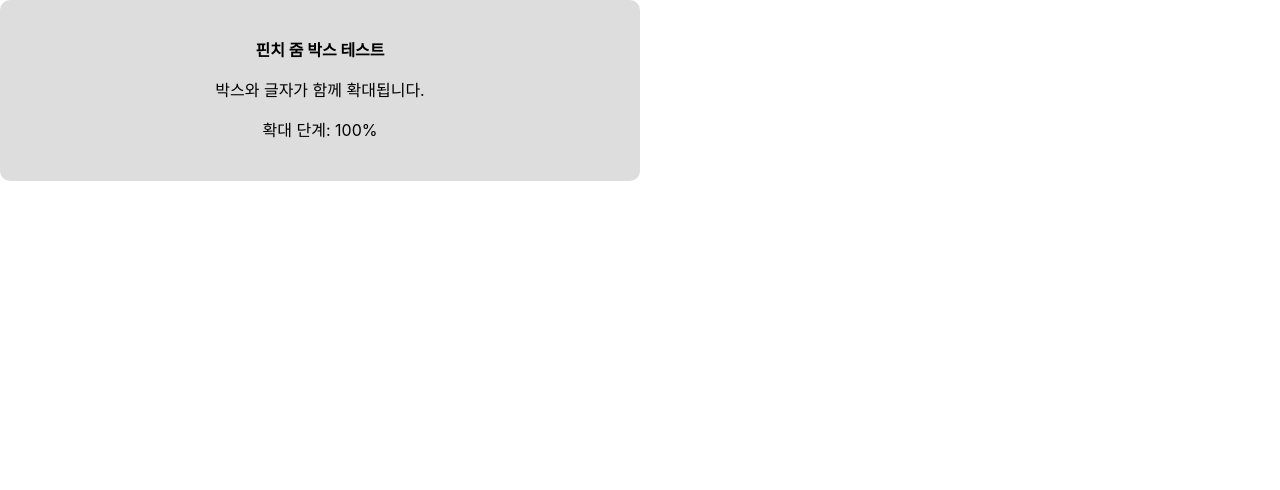
Repository: KIMMIHYE12/stadtklima
Page: /pinchzoom
These files come from the project's save history. The page is drawn as it stood at one moment and after the next save; the edit follows.
The browser window is 1280 px wide. The pictures show the whole page.
The project was rebuilt for these pictures with package versions that can differ from the ones it lists, and the page was loaded fresh each time. Also part of the build but not shown: src/pages/Pages.module.scss, src/pages/Home.jsx, src/components/Sanssouci/Navigation.jsx, src/pages/Sanssouci/Sanssouci.jsx, src/pages/Sanssouci/Sanssouci30.jsx, src/pages/Sanssouci/Sanssouci50.jsx, src/pages/Sanssouci/Sanssouci80.jsx, src/components/Sanssouci/NavHavel.jsx and 4 more.

Above is the page before, as saved 2025-03-19 00:36:39.

### public/index.html
<!DOCTYPE html>
<html lang="en">
  <head>
    <meta charset="utf-8" />
    <link rel="icon" href="%PUBLIC_URL%/favicon.ico" />
    <meta
      name="viewport"
      content="width=device-width, initial-scale=1.0, maximum-scale=1, user-scalable=no"
    />
    <meta name="theme-color" content="#000000" />
    <meta
      name="description"
      content="Web site created using create-react-app"
    />
    <link rel="apple-touch-icon" href="%PUBLIC_URL%/logo192.png" />
    <!--
      manifest.json provides metadata used when your web app is installed on agit init
      user's mobile device or desktop. See https://developers.google.com/web/fundamentals/web-app-manifest/
    -->
    <link rel="manifest" href="%PUBLIC_URL%/manifest.json" />
    <!--
      Notice the use of %PUBLIC_URL% in the tags above.
      It will be replaced with the URL of the `public` folder during the build.
      Only files inside the `public` folder can be referenced from the HTML.

      Unlike "/favicon.ico" or "favicon.ico", "%PUBLIC_URL%/favicon.ico" will
      work correctly both with client-side routing and a non-root public URL.
      Learn how to configure a non-root public URL by running `npm run build`.
    -->
    <title>React App</title>
  </head>
  <body>
    <noscript>You need to enable JavaScript to run this app.</noscript>
    <div id="root"></div>
    <!--
      This HTML file is a template.
      If you open it directly in the browser, you will see an empty page.

      You can add webfonts, meta tags, or analytics to this file.
      The build step will place the bundled scripts into the <body> tag.

      To begin the development, run `npm start` or `yarn start`.
      To create a production bundle, use `npm run build` or `yarn build`.
    -->
  </body>
</html>

### src/App.js
import { Route, Routes } from "react-router-dom";
import "./App.css";
import Home from "./pages/Home";
import Sanssouci from "./pages/Sanssouci/Sanssouci";
import Sanssouci30 from "./pages/Sanssouci/Sanssouci30";
import Sanssouci50 from "./pages/Sanssouci/Sanssouci50";
import Sanssouci80 from "./pages/Sanssouci/Sanssouci80";
import Havel from "./pages/Havel/Havel";
import Havel30 from "./pages/Havel/Havel30";
import Havel50 from "./pages/Havel/Havel50";
import Havel80 from "./pages/Havel/Havel80";
import Pinchzoom from "./pages/Pinchzoom";

function App() {
  return (
    <Routes>
      <Route path='/'>
        <Route index element={<Home />}></Route>
        <Route path='pinchzoom' element={<Pinchzoom />}></Route>
        <Route path='sanssouci'>
          <Route index element={<Sanssouci />}></Route>
          <Route path='30' element={<Sanssouci30 />}></Route>
          <Route path='50' element={<Sanssouci50 />}></Route>
          <Route path='80' element={<Sanssouci80 />}></Route>
        </Route>
        <Route path='havel'>
          <Route index element={<Havel />}></Route>
          <Route path='30' element={<Havel30 />}></Route>
          <Route path='50' element={<Havel50 />}></Route>
          <Route path='80' element={<Havel80 />}></Route>
        </Route>
      </Route>
    </Routes>
  );
}

export default App;

### src/App.css
html,
body {
  touch-action: manipulation; /* 터치 액션 제한 (줌 차단) */
  overflow: hidden; /* 가로 스크롤 방지 */
  max-width: 100vw;
}

### src/pages/Pinchzoom.jsx
import React, { useState, useEffect } from "react";

const Pinchzoom = () => {
  const [scale, setScale] = useState(1); // 기본 배율 (100%)
  const scaleSteps = [1, 2, 3, 4]; // 100%, 200%, 300%, 400% (배율 단계)

  useEffect(() => {
    let lastDistance = null;

    const handleTouchMove = (event) => {
      if (event.touches.length === 2) {
        event.preventDefault(); // 기본 핀치 줌 방지
        const touch1 = event.touches[0];
        const touch2 = event.touches[1];

        const currentDistance = Math.sqrt(
          Math.pow(touch2.clientX - touch1.clientX, 2) +
            Math.pow(touch2.clientY - touch1.clientY, 2)
        );

        if (lastDistance !== null) {
          const scaleFactor = currentDistance > lastDistance ? 1 : -1; // 확대 또는 축소 방향 결정

          // 현재 배율에서 한 단계 위/아래로 이동
          const currentIndex = scaleSteps.indexOf(scale);
          let newScale = scaleSteps[currentIndex + scaleFactor] || scale;

          setScale(newScale); // 단계별 확대/축소 적용
        }
        lastDistance = currentDistance;
      }
    };

    const handleTouchEnd = () => {
      lastDistance = null;
    };

    window.addEventListener("touchmove", handleTouchMove, { passive: false });
    window.addEventListener("touchend", handleTouchEnd);

    return () => {
      window.removeEventListener("touchmove", handleTouchMove);
      window.removeEventListener("touchend", handleTouchEnd);
    };
  }, [scale]);

  return (
    <div
      style={{
        width: `${scale * 50}vw`, // 배율에 맞춰 박스 크기 조정
        maxWidth: "100vw", // 화면을 넘지 않도록 제한
        height: "auto",
        padding: `${scale * 1.5}rem`, // 배율에 맞춰 패딩 조정
        backgroundColor: "#ddd",
        borderRadius: `${scale * 10}px`, // 둥근 모서리 유지
        textAlign: "center",
        transition: "all 0.2s ease", // 부드러운 애니메이션
        boxSizing: "border-box",
      }}
    >
      <h2
        style={{
          fontSize: `${scale * 16}px`, // 배율에 맞춰 글자 크기 조정
          transition: "font-size 0.2s ease",
          whiteSpace: "normal",
          wordBreak: "break-word",
        }}
      >
        핀치 줌 박스 테스트
      </h2>
      <p
        style={{
          fontSize: `${scale * 16}px`,
          transition: "font-size 0.2s ease",
          wordBreak: "break-word",
        }}
      >
        박스와 글자가 함께 확대됩니다.
      </p>
      <p
        style={{
          fontSize: `${scale * 16}px`,
          transition: "font-size 0.2s ease",
          wordBreak: "break-word",
        }}
      >
        확대 단계: {scale * 100}%
      </p>
    </div>
  );
};

export default Pinchzoom;

Loaded but not shown: src/index.js (common file); src/index.css (common file); src/reportWebVitals.js (common file)

After the next save:
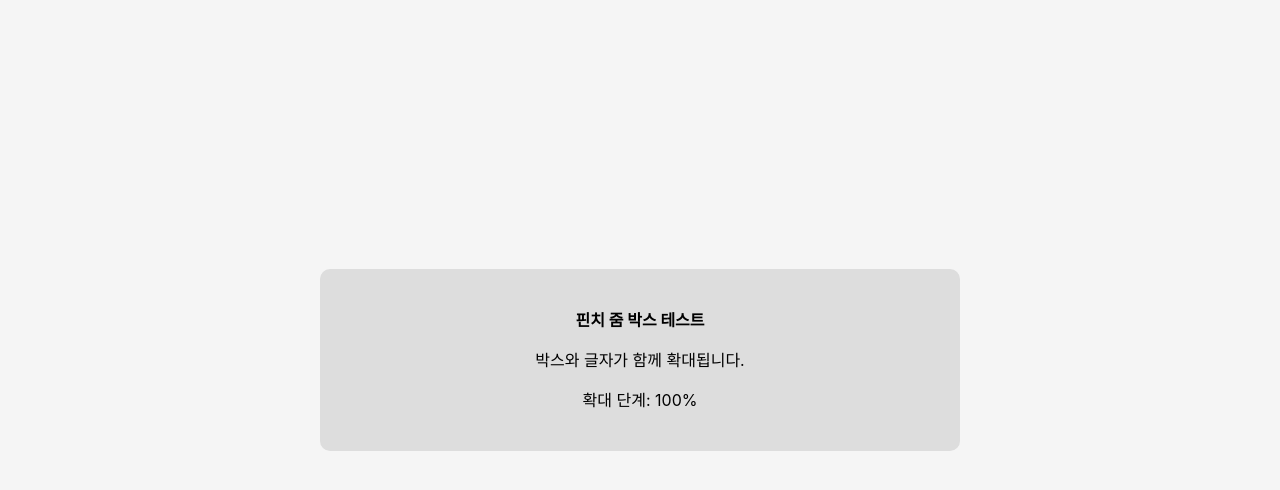
Saved 4 min 41 s later.
--- a/src/pages/Pinchzoom.jsx
+++ b/src/pages/Pinchzoom.jsx
@@ -2,7 +2,7 @@ import React, { useState, useEffect } from "react";
 
 const Pinchzoom = () => {
   const [scale, setScale] = useState(1); // 기본 배율 (100%)
-  const scaleSteps = [1, 2, 3, 4]; // 100%, 200%, 300%, 400% (배율 단계)
+  const scaleSteps = [1, 2.5, 4]; // 100%, 250%, 400% (단계별 확대)
 
   useEffect(() => {
     let lastDistance = null;
@@ -47,45 +47,57 @@ const Pinchzoom = () => {
   return (
     <div
       style={{
-        width: `${scale * 50}vw`, // 배율에 맞춰 박스 크기 조정
-        maxWidth: "100vw", // 화면을 넘지 않도록 제한
-        height: "auto",
-        padding: `${scale * 1.5}rem`, // 배율에 맞춰 패딩 조정
-        backgroundColor: "#ddd",
-        borderRadius: `${scale * 10}px`, // 둥근 모서리 유지
-        textAlign: "center",
-        transition: "all 0.2s ease", // 부드러운 애니메이션
-        boxSizing: "border-box",
+        width: "100vw",
+        height: "100vh",
+        display: "flex",
+        justifyContent: "center", // 중앙 정렬
+        alignItems: "center", // 중앙 정렬
+        overflow: "hidden", // 스크롤 방지
+        backgroundColor: "#f5f5f5",
       }}
     >
-      <h2
+      <div
         style={{
-          fontSize: `${scale * 16}px`, // 배율에 맞춰 글자 크기 조정
-          transition: "font-size 0.2s ease",
-          whiteSpace: "normal",
-          wordBreak: "break-word",
+          width: `${scale * 50}vw`, // 배율에 맞춰 박스 크기 조정
+          maxWidth: "90vw", // 화면을 넘지 않도록 제한
+          height: "auto",
+          padding: `${scale * 1.5}rem`, // 배율에 맞춰 패딩 조정
+          backgroundColor: "#ddd",
+          borderRadius: `${scale * 10}px`, // 둥근 모서리 유지
+          textAlign: "center",
+          transition: "all 0.2s ease", // 부드러운 애니메이션
+          boxSizing: "border-box",
         }}
       >
-        핀치 줌 박스 테스트
-      </h2>
-      <p
-        style={{
-          fontSize: `${scale * 16}px`,
-          transition: "font-size 0.2s ease",
-          wordBreak: "break-word",
-        }}
-      >
-        박스와 글자가 함께 확대됩니다.
-      </p>
-      <p
-        style={{
-          fontSize: `${scale * 16}px`,
-          transition: "font-size 0.2s ease",
-          wordBreak: "break-word",
-        }}
-      >
-        확대 단계: {scale * 100}%
-      </p>
+        <h2
+          style={{
+            fontSize: `${scale * 16}px`, // 배율에 맞춰 글자 크기 조정
+            transition: "font-size 0.2s ease",
+            whiteSpace: "normal",
+            wordBreak: "break-word",
+          }}
+        >
+          핀치 줌 박스 테스트
+        </h2>
+        <p
+          style={{
+            fontSize: `${scale * 16}px`,
+            transition: "font-size 0.2s ease",
+            wordBreak: "break-word",
+          }}
+        >
+          박스와 글자가 함께 확대됩니다.
+        </p>
+        <p
+          style={{
+            fontSize: `${scale * 16}px`,
+            transition: "font-size 0.2s ease",
+            wordBreak: "break-word",
+          }}
+        >
+          확대 단계: {scale * 100}%
+        </p>
+      </div>
     </div>
   );
 };
